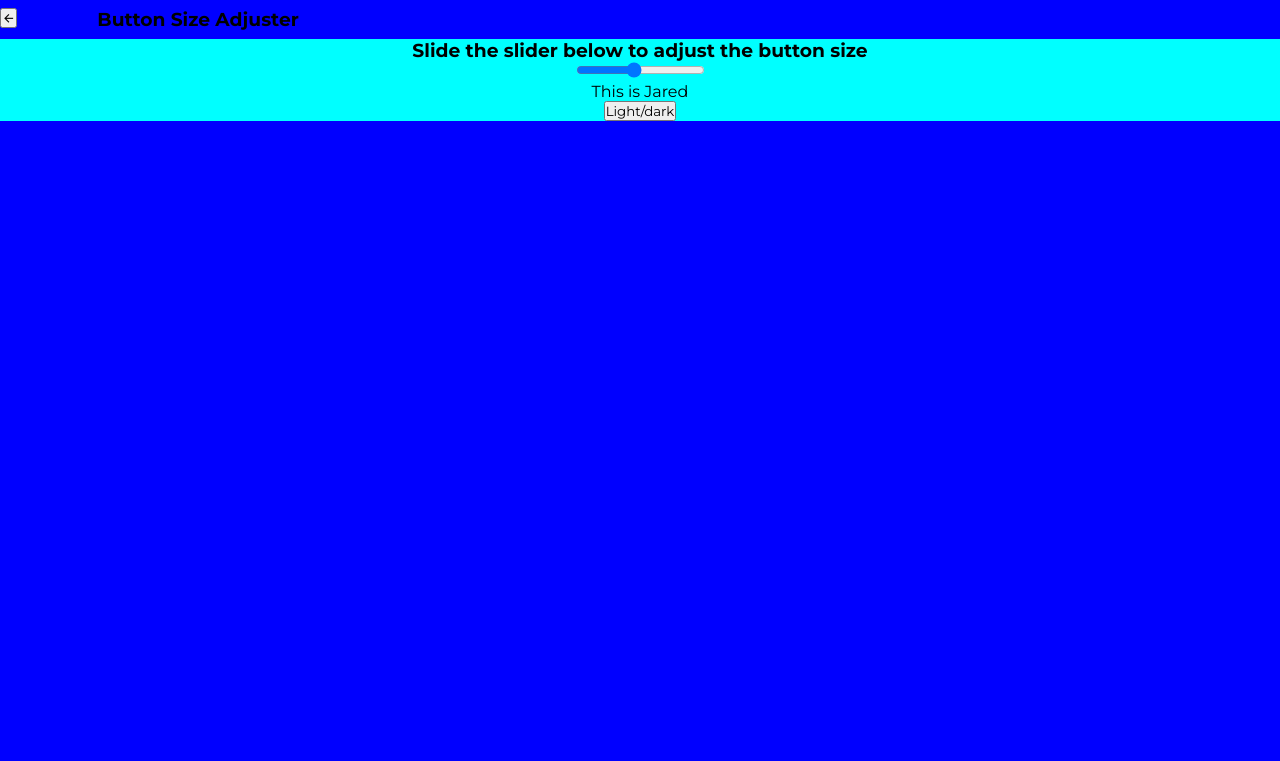
Repository: EguJaredoBoyd/Jared-Counter-App
Page: settings.html
An editor plug-in stored every save of this project. The page is shown before and after the next save, followed by the edit.
The browser window is 1280 px wide. The pictures show the whole page.
After loading, the first visible `#display-mode` was clicked once.

Above is the page before, as saved 2025-12-03 17:20:27.
Console error: TypeError: Cannot set properties of null (setting 'textContent')

### settings.html
<!DOCTYPE html>
<html lang="en">

<head>
    <meta charset="UTF-8">
    <meta name="viewport" content="width=device-width, initial-scale=1.0">
    <title>Document</title>
    <link rel="preconnect" href="https://fonts.googleapis.com">
    <link rel="preconnect" href="https://fonts.gstatic.com" crossorigin>
    <link href="https://fonts.googleapis.com/css2?family=Montserrat:ital,wght@0,100..900;1,100..900&display=swap"
        rel="stylesheet">
    <link href="https://cdn.jsdelivr.net/npm/remixicon@4.2.0/fonts/remixicon.css" rel="stylesheet">
    <link rel="stylesheet" href="style.css">
    <script src="script.js" defer></script>
    <script src="toggle-script.js" defer></script>
    <script src="settings.js" defer></script>
</head>

<body class="body">
    <header>
        <div class="header__div--adjuster">
            <a href="index.html"><button><i class="ri-arrow-left-line"></i></button></a>
            <h3>Button Size Adjuster</h3>
        </div>
    </header>

    <main>
        <div class="main__div--slider">
            <h3>Slide the slider below to adjust the button size</h3>
            <input type="range" min="10" max="100" value="50" id="font-size-slider">
            <p id="text-content">This is Jared</p>
            <button id="display-mode">Light/dark</button>
        </div>
    </main>

</body>

</html>

### style.css
* {
    padding: 0;
    margin: 0;
    box-sizing: border-box;
    font-family: "Montserrat", sans-serif;

}

:root {
    --primary-color: #0d1b2a;
    --secondary-color: #e0e1dd;
}

body {
    display: flex;
    flex-direction: column;
    height: 100vh;
    justify-content: space-between;
}

header {
    display: flex;
    justify-content: space-between;
    background-color: red;
}

.header__button__ul--toggle-list {
    background-color: pink;
    position: absolute;
    top: 0;
    right: 0;
    width: 100%;
    height: 100vh;
    transform: translateX(100%);
    opacity: 0;
    pointer-events: none;
    transition: all 2s ease-in-out;
}

.header__button__ul--toggle-list.show {
    transform: translateX(0);
    opacity: 1;
    pointer-events: auto;
    animation: slideIn 3s;
    animation-fill-mode: forwards;
}

@keyframes slideIn {
    from {
        background-color: pink;
    }

    to {
        background-color: green;
    }

}

.header__div__ul--header {
    display: flex;
    justify-content: space-between;
    background-color: yellow;
    padding: 0.5rem 0;
}

li {
    display: flex;
    justify-content: space-between;
    margin: 1rem 1.5rem;
    gap: 5rem;
    background-color: skyblue;
}

.li__div--content {
    text-justify: inter-word;
    background-color: orange;
    width: 100%;
    max-width: 40%;
}

main {
    text-align: center;
    background-color: blue;
}

/* The settings style */
.header__div--adjuster {
    display: flex;
    width: 100%;
    max-width: 100%;
    column-gap: 5rem;
    background-color: blue;
    padding: 0.5rem 0;
}

.main__div--slider {
    background-color: aqua;
    margin-bottom: 50%;
}

.light-or-dark-mode {
    background-color: maroon;
}

footer {
    text-align: center;
    background-color: green;
}

### script.js
//Get the last number clicked
let numberCount = Number(localStorage.getItem('increment')) || 0;

//Get last button clicked once the browser loads
let savedColor = localStorage.getItem('color');
let savedColor2 = localStorage.getItem('color2');
let savedColor3 = localStorage.getItem('color3')

let numberIncrement = document.querySelector('#increment');
let numberDecrement = document.getElementById('decrement');
let numberReset = document.querySelector('#reset');
let startCount = document.getElementById('start-count');

//Loads the the page with the last clicked number
startCount.textContent = numberCount;

//Uses the saved colour as a variable for the string 'red'
if (savedColor) {
    numberIncrement.style.backgroundColor = savedColor;
}
if (savedColor2) {
    numberDecrement.style.backgroundColor = savedColor2
}
if (savedColor3) {
    numberReset.style.backgroundColor = savedColor3;
}



numberIncrement.addEventListener('click', () => {
    let incrementColor = numberIncrement.style.backgroundColor = 'red';

    //Reset the other button colours
    numberDecrement.style.background = '';
    numberReset.style.background = '';

    //Save the color so it reminds user of last button clicked
    localStorage.setItem('color', incrementColor)
    //Remove colour storage for other buttons
    localStorage.removeItem('color2')
    localStorage.removeItem('color3')

    let counting = startCount.textContent = numberCount += 1;
    if (counting > 0) {
        startCount.style.color = 'green'
    }
    else if (counting === 0) {
        startCount.style.color = 'black';
    }
    if (numberCount < 0) {
        startCount.style.color = 'red'
    }

    //Save the number count to the localStorage
    localStorage.setItem('increment', numberCount);

})
numberDecrement.addEventListener('click', () => {
    let decrementColor = numberDecrement.style.backgroundColor = 'yellow';

    //Reset the other button colours
    numberIncrement.style.backgroundColor = '';
    numberReset.style.backgroundColor = '';

    //Save the color so it reminds user of last button clicked
    localStorage.setItem('color2', decrementColor)
    //Remove colour storage for other buttons
    localStorage.removeItem('color');
    localStorage.removeItem('color3')

    let negativeCounting = startCount.textContent = numberCount -= 1;
    if (negativeCounting < 0) {
        startCount.style.color = 'red'
    }
    else if (negativeCounting === 0) {
        startCount.style.color = 'black'
    }
    localStorage.setItem('increment', numberCount);
})
numberReset.addEventListener('click', () => {
    let resetColor = numberReset.style.backgroundColor = 'Blue';

    //Reset the other button colours
    numberIncrement.style.backgroundColor = '';
    numberDecrement.style.backgroundColor = '';

    //Save the color so it reminds user of last button clicked
    localStorage.setItem('color3', resetColor)
    //Remove colour storage for other buttons
    localStorage.removeItem('color');
    localStorage.removeItem('color2');

    let resetCounting = startCount.textContent = numberCount = 0;
    if (resetCounting === 0) {
        startCount.style.color = 'black'
    }
    localStorage.setItem('increment', numberCount);
})

### toggle-script.js
//Target the toggle button
let toggleButton = document.getElementById('toggle-button');
let toggleList = document.getElementById('toggle-list');
let toggleButtonClose = document.getElementById('toggle-button-close');


//Toggle the button to show the list
toggleButton.addEventListener('click', () => {
    toggleList.classList.toggle('show');
})

//Toggle the close button to remove list
toggleButtonClose.addEventListener('click', () => {
    toggleList.classList.toggle('show');
})

### settings.js
//Target all buttons for slider
let fontSizeSlider = document.getElementById('font-size-slider');
let textContent = document.getElementById('text-content');

//Target all buttons for light and dark mode
let displayMode = document.getElementById('display-mode');
let documentBody = document.querySelector('.body');

//Manipulate the slider to change font size
fontSizeSlider.addEventListener('input', () => {
    let sizeOfFont = `${fontSizeSlider.value}px`;
    textContent.style.fontSize = sizeOfFont;

})

//Switch to light or dark mode
displayMode.addEventListener('click', () => {
    documentBody.classList.toggle('light-or-dark-mode');
})

After the next save:
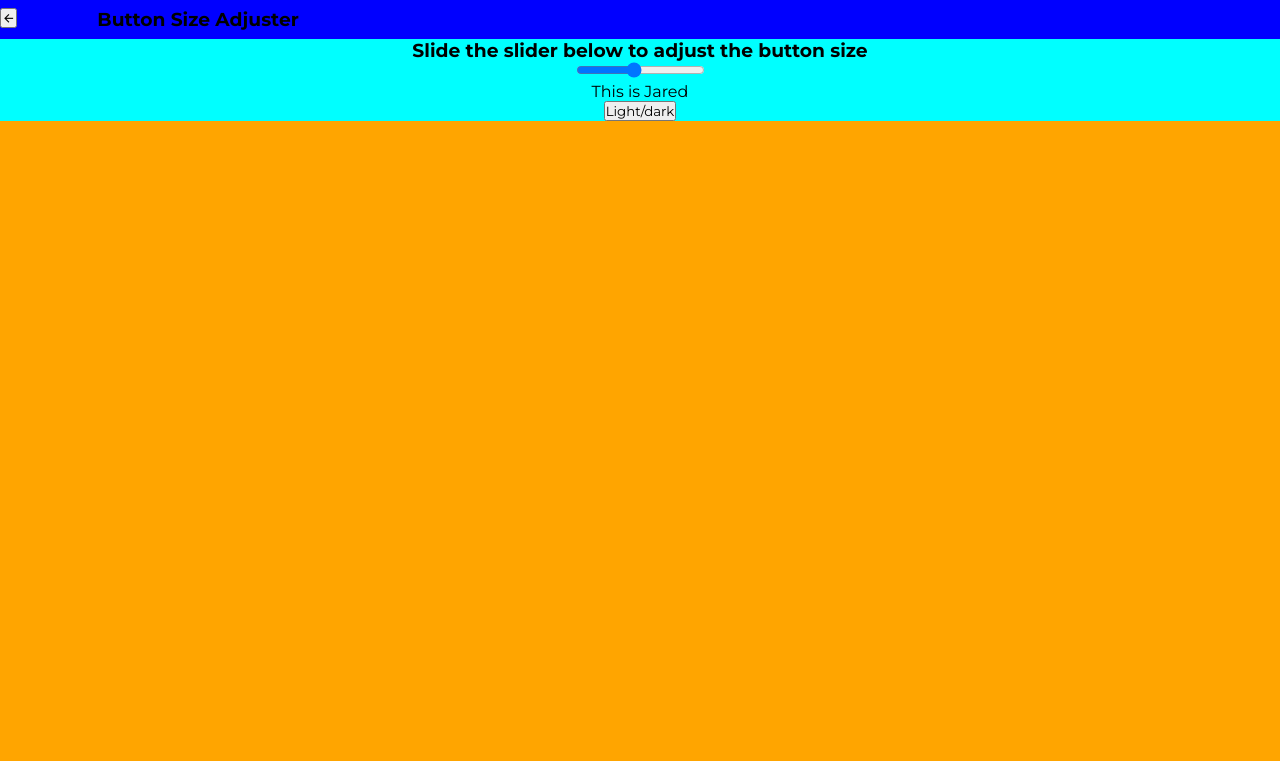
Saved 10 min 18 s later.
--- a/settings.js
+++ b/settings.js
@@ -16,4 +16,6 @@ fontSizeSlider.addEventListener('input', () => {
 //Switch to light or dark mode
 displayMode.addEventListener('click', () => {
     documentBody.classList.toggle('light-or-dark-mode');
+    document.querySelector('main').style.backgroundColor = 'orange';
+
 })
